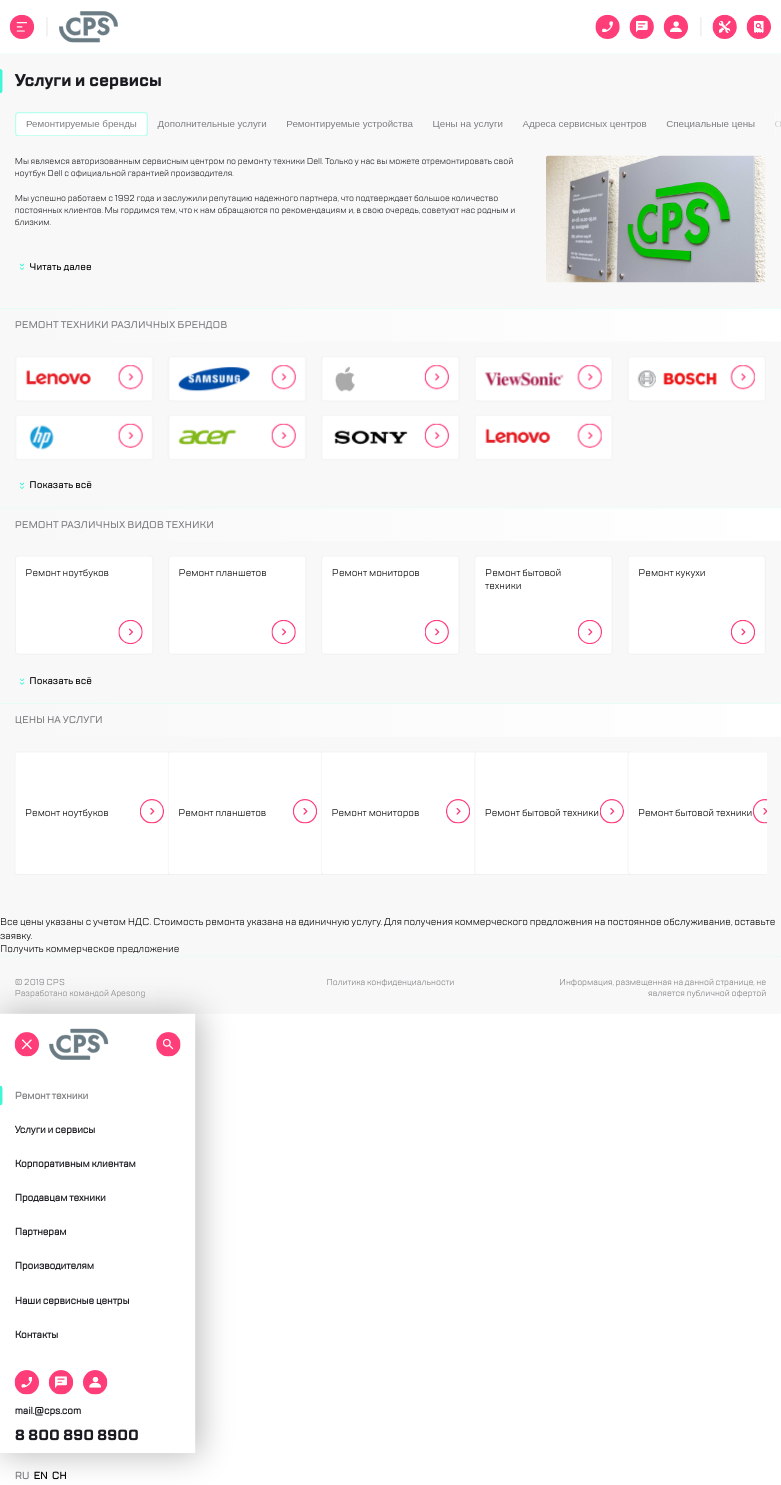
Repository: Dedoxa/WebCoreF
Page: /
The author's editor kept a copy of each file at every save. The page is drawn from the files as they stood at one save, then again after the next save.
The browser window is 1280 px wide. The pictures show the whole page, at 61% of full size.
The project was rebuilt for these pictures with package versions that can differ from the ones it lists, and the page was loaded fresh each time. Also part of the build but not shown: webpack.config.js.

Above is the page before, as saved 2024-06-15 18:20:40.

### src/index.html
<!DOCTYPE html>
<html lang="en">
  <head>
    <meta charset="UTF-8" />
    <meta
      name="viewport"
      content="width=device-width, user-scalable=no, initial-scale=1.0, maximum-scale=1.0, minimum-scale=1.0"
    />
    <meta http-equiv="X-UA-Compatible" content="ie=edge" />
    <title>WebCoreFinal</title>
  </head>
  <body>
    <header class="header">
      <div class="header__left-side">
        <a id="burger" href="#" class="icon header__icon"></a>
        <a id="logo" href="#" class="icon header__icon"></a>
      </div>
      <div class="header__right-side">
        <a id="call" href="#" class="icon header__icon"></a>
        <a id="chat" href="#" class="icon header__icon"></a>
        <a id="profile" href="#" class="icon header__icon"></a>
        <a id="repair" href="#" class="icon header__icon"></a>
        <a id="checkStatus" href="#" class="icon header__icon"></a>
      </div>
    </header>
    <main>
      <section class="presentation">
        <div class="presentation__wrapper">
          <div class="presentation__title">
            <h1 class="presentation__heading">Услуги и сервисы</h1>
            <div class="presentation__right-area">
              <label class="presentation__icon-area">
                <span class="presentation__icon-text">Оставить заявку</span>
                <a id="repair" href="#" class="icon presentation__icon"></a>
              </label>
              <label class="presentation__icon-area">
                <span class="presentation__icon-text">Статус ремонта</span>
                <a id="checkStatus" href="#" class="icon presentation__icon"></a>
              </label>
            </div>
          </div>
          <div class="presentation__buttons">
            <button href="#" class="presentation__button presentation__button--focus">
              Ремонтируемые бренды
            </button>
            <button href="#" class="presentation__button">
              Дополнительные услуги
            </button>
            <button href="#" class="presentation__button">
              Ремонтируемые устройства
            </button>
            <button href="#" class="presentation__button">
              Цены на услуги
            </button>
            <button href="#" class="presentation__button">
              Адреса сервисных центров
            </button>
            <button href="#" class="presentation__button">
              Специальные цены
            </button>
            <button href="#" class="presentation__button">Отзывы</button>
            <div class="presentation__right-fade-effect"></div>
          </div>
          <div class="presentation__container">
            <div class="presentation__description">
              <p class="presentation__text">
                Мы являемся авторизованным сервисным центром по ремонту техники
                Dell. Только у нас вы можете отремонтировать свой ноутбук Dell с
                официальной гарантией производителя. <br /><br />
                Мы успешно работаем с 1992 года и заслужили репутацию надежного
                партнера, что подтверждает большое количество постоянных клиентов.
                Мы гордимся тем, что к нам обращаются по рекомендациям и, в свою
                очередь, советуют нас родным и близким.
              </p>
              <span class="presentation__toggler">Читать далее</span>
            </div>
            <img src="img/CPS-img-tablet.jpg" alt="" class="presentation__image-tablet" />
            <img
              src="img/CPS-img-desktop.jpg"
              alt=""
              class="presentation__image-desktop"
            />
          </div>
        </div>
        <img src="img/CPS-img-phone.jpg" alt="" class="presentation__image-phone" />
      </section>
      <section class="plates">
        <header class="plates__heading">
            <div class="plates__wrapper plates__wrapper-heading">
                <span>Ремонт техники различных брендов</span>
            </div>
        </header>
        <div class="plates__content-area">
            <div class="plates__wrapper">
                <div class="plates__swiper-container">
                    <div class="swiper plates__swiper">
                        <div id="plate-options" class="swiper-wrapper plates__brands-wrapper">
                            <div class="swiper-slide plates__slide">
                                <div class="plates__brand-plate">
                                    <img src="../img/logo-lenovo.png"  width="108" height="32"  class="plates__logo"></img>
                                    <div class="plates__dropdown-wrapper">
                                      <img src="./img/ic-dropdown.svg"></img>
                                    </div>
                                </div>
                            </div>
                            <div class="swiper-slide plates__slide">
                                <div class="plates__brand-plate">
                                    <img src="../img/logo-samsung.png" width="116" height="38.52" class="plates__logo"></img>
                                    <div class="plates__dropdown-wrapper">
                                      <img src="./img/ic-dropdown.svg"></img>
                                    </div>
                                </div>
                            </div>
                            <div class="swiper-slide plates__slide">
                                <div class="plates__brand-plate">
                                    <img src="../img/logo-apple.png" width="44" height="44" class="plates__logo"></img>
                                    <div class="plates__dropdown-wrapper">
                                      <img src="./img/ic-dropdown.svg"></img>
                                    </div>
                                </div>
                            </div>
                            <div class="swiper-slide plates__slide">
                                <div class="plates__brand-plate">
                                    <img src="../img/logo-viewSonic.png" width="128" height="21" class="plates__logo"></img>
                                    <div class="plates__dropdown-wrapper">
                                      <img src="./img/ic-dropdown.svg"></img>
                                    </div>
                                </div>
                            </div>
                            <div class="swiper-slide plates__slide">
                                <div class="plates__brand-plate">
                                    <img src="../img/logo-bosch.png" width="128" height="28.6" class="plates__logo"></img>
                                    <div class="plates__dropdown-wrapper">
                                      <img src="./img/ic-dropdown.svg"></img>
                                    </div>
                                </div>
                            </div>
                            <div class="swiper-slide plates__slide">
                                <div class="plates__brand-plate">
                                    <img src="../img/logo-hp.png" width="52" height="52" class="plates__logo"></img>
                                    <div class="plates__dropdown-wrapper">
                                      <img src="./img/ic-dropdown.svg"></img>
                                    </div>
                                </div>
                            </div>
                            <div class="swiper-slide plates__slide">
                                <div class="plates__brand-plate">
                                    <img src="../img/logo-acer.png" width="94" height="24" class="plates__logo"></img>
                                    <div class="plates__dropdown-wrapper">
                                      <img src="./img/ic-dropdown.svg"></img>
                                    </div>
                                </div>
                            </div>
                            <div class="swiper-slide plates__slide">
                                <div class="plates__brand-plate">
                                    <img src="../img/logo-sony.png" width="128" height="25.6" class="plates__logo"></img>
                                    <div class="plates__dropdown-wrapper">
                                      <img src="./img/ic-dropdown.svg"></img>
                                    </div>
                                </div>
                            </div>
                            <div class="swiper-slide plates__slide">
                                <div class="plates__brand-plate">
                                    <img src="../img/logo-lenovo.png"  width="108" height="32"  class="plates__logo"></img>
                                    <div class="plates__dropdown-wrapper">
                                      <img src="./img/ic-dropdown.svg"></img>
                                    </div>
                                </div>
                            </div>
                        </div>
                        <div class="swiper-pagination"></div>
                    </div>
                </div>
            </div>
            <div class="plates__toggler-area">
                <label class="plates__wrapper plates__wrapper-toggler">
                    <span id="plates-toggler" class="plates__toggler">Показать всё</span>
                </label>
            </div>
        </div>
      </section>
      <section class="plates">
        <header class="plates__heading">
            <div class="plates__wrapper plates__wrapper-heading">
                <span>Ремонт различных видов техники</span>
            </div>
        </header>
        <div class="plates__content-area">
            <div class="plates__wrapper">
                <div class="plates__swiper-container">
                    <div class="swiper plates__swiper">
                        <div id="device-options" class="swiper-wrapper plates__devices-wrapper">
                            <div class="swiper-slide plates__slide">
                                <div class="plates__device-plate">
                                  <span class="plates__logo">Ремонт ноутбуков</span>
                                  <div class="plates__dropdown-wrapper">
                                    <img src="./img/ic-dropdown.svg"></img>
                                  </div>
                                </div>
                            </div>
                            <div class="swiper-slide plates__slide">
                                <div class="plates__device-plate">
                                  <span class="plates__logo">Ремонт планшетов</span>
                                  <div class="plates__dropdown-wrapper">
                                    <img src="./img/ic-dropdown.svg"></img>
                                  </div>
                                </div>
                            </div>
                            <div class="swiper-slide plates__slide">
                                <div class="plates__device-plate">
                                  <span class="plates__logo">Ремонт мониторов</span>
                                  <div class="plates__dropdown-wrapper">
                                    <img src="./img/ic-dropdown.svg"></img>
                                  </div>
                                </div>
                            </div>
                            <div class="swiper-slide plates__slide">
                                <div class="plates__device-plate">
                                  <span class="plates__logo">Ремонт бытовой техники</span>
                                  <div class="plates__dropdown-wrapper">
                                    <img src="./img/ic-dropdown.svg"></img>
                                  </div>
                                </div>
                            </div>
                            <div class="swiper-slide plates__slide">
                                <div class="plates__device-plate">
                                  <span class="plates__logo">Ремонт кукухи</span>
                                  <div class="plates__dropdown-wrapper">
                                    <img src="./img/ic-dropdown.svg"></img>
                                  </div>
                                </div>
                            </div>
                            <div class="swiper-slide plates__slide">
                                <div class="plates__device-plate">
                                  <span class="plates__logo">Ремонт шмемонт</span>
                                  <div class="plates__dropdown-wrapper">
                                    <img src="./img/ic-dropdown.svg"></img>
                                  </div>
                                </div>
                            </div>
                            <div class="swiper-slide plates__slide">
                                <div class="plates__device-plate">
                                  <span class="plates__logo">Ремонт бельмонт</span>
                                  <div class="plates__dropdown-wrapper">
                                    <img src="./img/ic-dropdown.svg"></img>
                                  </div>
                                </div>
                            </div>
                            <div class="swiper-slide plates__slide">
                                <div class="plates__device-plate">
                                  <span class="plates__logo">Ремонт взял тебя на понт</span>
                                  <div class="plates__dropdown-wrapper">
                                    <img src="./img/ic-dropdown.svg"></img>
                                  </div>
                                </div>
                            </div>
                            <div class="swiper-slide plates__slide">
                                <div class="plates__device-plate">
                                  <span class="plates__logo">Ремонт дорог (вечный*)</span>
                                  <div class="plates__dropdown-wrapper">
                                    <img src="./img/ic-dropdown.svg"></img>
                                  </div>
                                </div>
                            </div>
                        </div>
                        <div class="swiper-pagination"></div>
                    </div>
                </div>
            </div>
            <div class="plates__toggler-area">
                <label class="plates__wrapper plates__wrapper-toggler">
                    <span id="devices-toggler" class="plates__toggler">Показать всё</span>
                </label>
            </div>
        </div>
      </section>
      <section class="plates">
        <header class="plates__heading">
          <div class="plates__wrapper plates__wrapper-heading">
            <span>Цены на услуги</span>
          </div>
        </header>
        <div class="plates__content-area">
          <div class="plates__wrapper">
            <div class="plates__swiper-container">
              <div class="swiper plates__swiper">
                <div class="swiper-wrapper plates__table-wrapper">

                  <div class="swiper-slide plates__slide">
                    <div class="plates__table-plate">
                      <span class="plates__logo">Ремонт ноутбуков</span>
                      <div class="plates__dropdown-wrapper">
                        <img src="./img/ic-dropdown.svg"/>
                      </div>
                    </div>
                  </div>
                  <div class="swiper-slide plates__slide">
                    <div class="plates__table-plate">
                      <span class="plates__logo">Ремонт планшетов</span>
                      <div class="plates__dropdown-wrapper">
                        <img src="./img/ic-dropdown.svg"/>
                      </div>
                    </div>
                  </div>
                  <div class="swiper-slide plates__slide">
                    <div class="plates__table-plate">
                      <span class="plates__logo">Ремонт мониторов</span>
                      <div class="plates__dropdown-wrapper">
                        <img src="./img/ic-dropdown.svg"/>
                      </div>
                    </div>
                  </div>
                  <div class="swiper-slide plates__slide">
                    <div class="plates__table-plate">
                      <span class="plates__logo">Ремонт бытовой техники</span>
                      <div class="plates__dropdown-wrapper">
                        <img src="./img/ic-dropdown.svg"/>
                      </div>
                    </div>
                  </div>
                  <div class="swiper-slide plates__slide">
                    <div class="plates__table-plate">
                      <span class="plates__logo">Ремонт бытовой техники</span>
                      <div class="plates__dropdown-wrapper">
                        <img src="./img/ic-dropdown.svg"/>
                      </div>
                    </div>
                  </div>
                </div>
                <div class="swiper-pagination"></div>
              </div>
            </div>
          </div>
        </div>
        <div class="priceText">
          <p>Все цены указаны с учетом НДС. Стоимость ремонта указана на единичную услугу. Для получения коммерческого предложения на постоянное обслуживание, оставьте заявку.</p>
          <p>Получить коммерческое предложение</p>
        </div>
      </section>
      <footer class="footer">
        <div class="footer__wrapper">
            <div>
              <p>© 2019 CPS<br>Разработано командой Apesong</p>
            </div>
            <div>
              <p>Политика конфиденциальности</p>
            </div>
            <div>
              <p>Информация, размещенная на данной странице, не является публичной офертой</p>
            </div>
      </footer>

      <aside class="aside-menu">
        <div class="aside-menu__wrapper">
          <div>
            <div class="aside-menu__header">
              <div class="aside-menu__subwrapper">
                <div class="aside-menu__header-left">
                  <a id="cross" href="#" class="icon aside-menu__icon"></a>
                  <a id="logo" href="#" class="icon aside-menu__icon"></a>
                </div>
                <div class="aside-menu__header-right">
                  <a id="search" href="#" class="icon aside-menu__icon"></a>
                </div>
              </div>
            </div>
            <ul class="aside-menu__links-list">
              <li class="aside-menu__link aside-menu__link--active">
                <a href="#" class=""> Ремонт техники </a>
              </li>
              <li class="aside-menu__link"><a href="#"> Услуги и сервисы </a></li>
              <li class="aside-menu__link"><a href="#"> Корпоративным клиентам </a></li>
              <li class="aside-menu__link"><a href="#"> Продавцам техники </a></li>
              <li class="aside-menu__link"><a href="#"> Партнерам </a></li>
              <li class="aside-menu__link"><a href="#"> Производителям </a></li>
              <li class="aside-menu__link"><a href="#"> Наши сервисные центры </a></li>
              <li class="aside-menu__link"><a href="#"> Контакты </a></li>
            </ul>
          </div>
          <section class="aside-menu__down-section">
            <div class="aside-menu__down-wrapper">
              <div class="aside-menu__down-icons">
                <a id="call" href="#" class="icon aside-menu__icon"></a>
                <a id="chat" href="#" class="icon aside-menu__icon"></a>
                <a id="profile" href="#" class="icon aside-menu__icon"></a>
              </div>
              <div>
                <a href="mailto:mail.@cps.com" class="aside-menu__email"><span>mail.@cps.com</span></a>
                <a href="tel:+88008908900" class="aside-menu__phone-number"><span>8 800 890 8900</span></a>
              </div>
              <div class="aside-menu__language-choice">
                <span class="aside-menu__language-option aside-menu__language-option--active">RU</span>
                <span class="aside-menu__language-option">EN</span>
                <span class="aside-menu__language-option">CH</span>
              </div>
            </div>
          </section>
        </div>
      </aside>
    </main>
  </body>
</html>

### src/scss/style.scss
@import url('./\(id\)icons.scss');
@import url('./\(import\)fonts.scss');
@import url('./\(tag\)html.scss');
@import url('./\(tag\)svg.scss');
@import url('../../node_modules/swiper/swiper-bundle.css');

@import url('./aside-menu.scss');
@import url('./footer.scss');
@import url('./header.scss');
@import url('./icon.scss');
@import url('./jsExpand.scss');
@import url('./plates.scss');
@import url('./presentation.scss');
@import url('./swiper-castomization.scss');

### src/scss/(id)icons.scss
#burger {
  background-image: url('../img/ic-burger.svg');
}

#logo {
  background-color: transparent;
  border-radius: 0;
  background-image: url('../img/ic-CPSLogo.svg');
}

#call {
  background-image: url('../img/ic-call.svg');
}

#chat {
  background-image: url('../img/ic-chat.svg');
}

#profile {
  background-image: url('../img/ic-profile.svg');
}

#repair {
  background-image: url('../img/ic-repair.svg');
}

#checkStatus {
  background-image: url('../img/ic-checkstatus.svg');
}

#cross {
  background-image: url('../img/ic-cross.svg');
}

#search {
  background-image: url('../img/ic-search.svg');
}

### src/scss/(tag)html.scss
html {
  box-sizing: border-box;
  font-family: 'TT Lakes Regular', Times, serif;

  * {
    box-sizing: inherit;
    margin: 0;
    padding: 0;

    &:before,
    &:after {
      box-sizing: inherit;
      margin: 0;
      padding: 0;
    }
  }
}

### src/scss/(tag)svg.scss
svg {
  position: absolute;
  top: 50%;
  left: 50%;
  transform: translate(-50%, -50%);
}

### src/scss/icon.scss
.icon {
  flex: 0 0 auto;
  position: relative;
  width: 40px;
  height: 40px;
  background-color: #ff3e79;
  background-repeat: no-repeat;
  background-position: center;
  border-radius: 50%;
  transition: opacity linear 0.2s;
  opacity: 100%;

  &:hover {
    transition: opacity linear 0.2s;
    opacity: 50%;
  }
}

### src/scss/jsExpand.scss
.jsExpand {
  height: max-content !important;
}

### src/scss/swiper-castomization.scss
.swiper-pagination {
  .swiper-pagination-bullet {
    width: 12px;
    height: 12px;
    background-color: #dddddd;
  }

  .swiper-pagination-bullet-active {
    background-color: #b5b6bc;
  }
}

Loaded but not shown: src/js/js.js (51 lines, source omitted); src/js/index.js (4 lines, source omitted); src/scss/presentation.scss (262 lines, source omitted); src/scss/plates.scss (208 lines, source omitted); src/scss/aside-menu.scss (163 lines, source omitted); src/scss/header.scss (87 lines, source omitted); src/scss/(import)fonts.scss (29 lines, source omitted); src/scss/footer.scss (56 lines, source omitted)

After the next save:
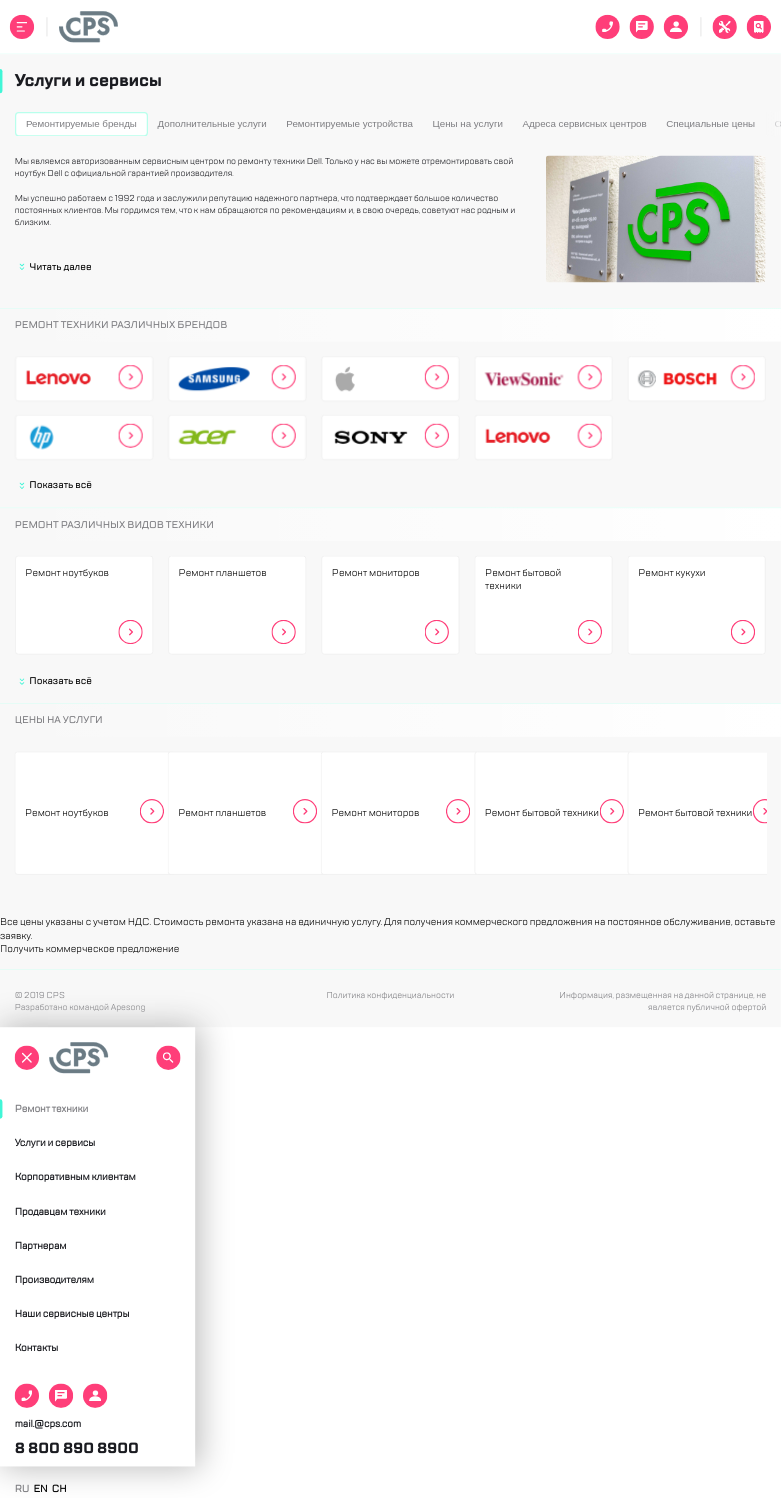
Saved 37 s later.
--- a/src/index.html
+++ b/src/index.html
@@ -334,7 +334,10 @@
         </div>
         <div class="priceText">
           <p>Все цены указаны с учетом НДС. Стоимость ремонта указана на единичную услугу. Для получения коммерческого предложения на постоянное обслуживание, оставьте заявку.</p>
-          <p>Получить коммерческое предложение</p>
+          <div>
+            <p>Получить коммерческое предложение</p>
+            <img src="">
+          </div>
         </div>
       </section>
       <footer class="footer">
